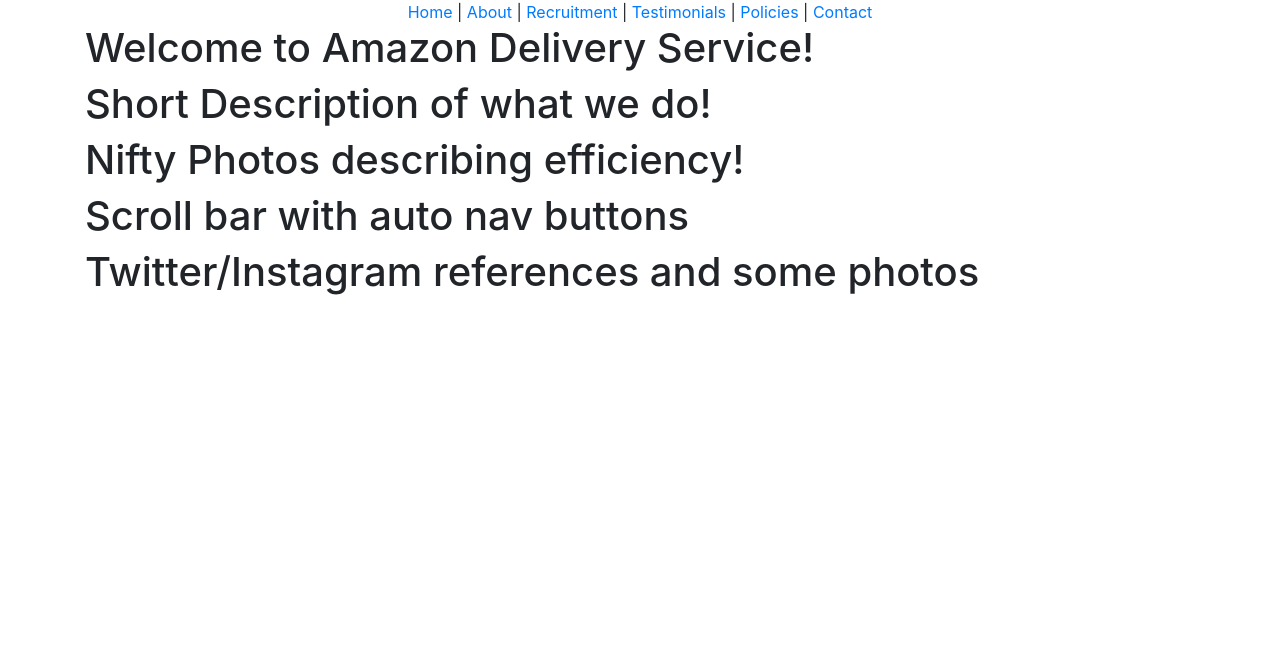
Repository: cerebrium/website
Page: /
These files come from the project's save history. The page is drawn as it stood at one moment and after the next save; the edit follows.
The browser window is 1280 px wide. The pictures show the whole page.
The project was rebuilt for these pictures with package versions that can differ from the ones it lists, and the page was loaded fresh each time. Also part of the build but not shown: src/Routes/About.jsx, src/Routes/Recruitment.jsx, src/Routes/Testimonials.jsx, src/Routes/Policies.jsx, src/Routes/Contact.jsx.

Above is the page before, as saved 2019-11-02 11:45:46.

After the next save:
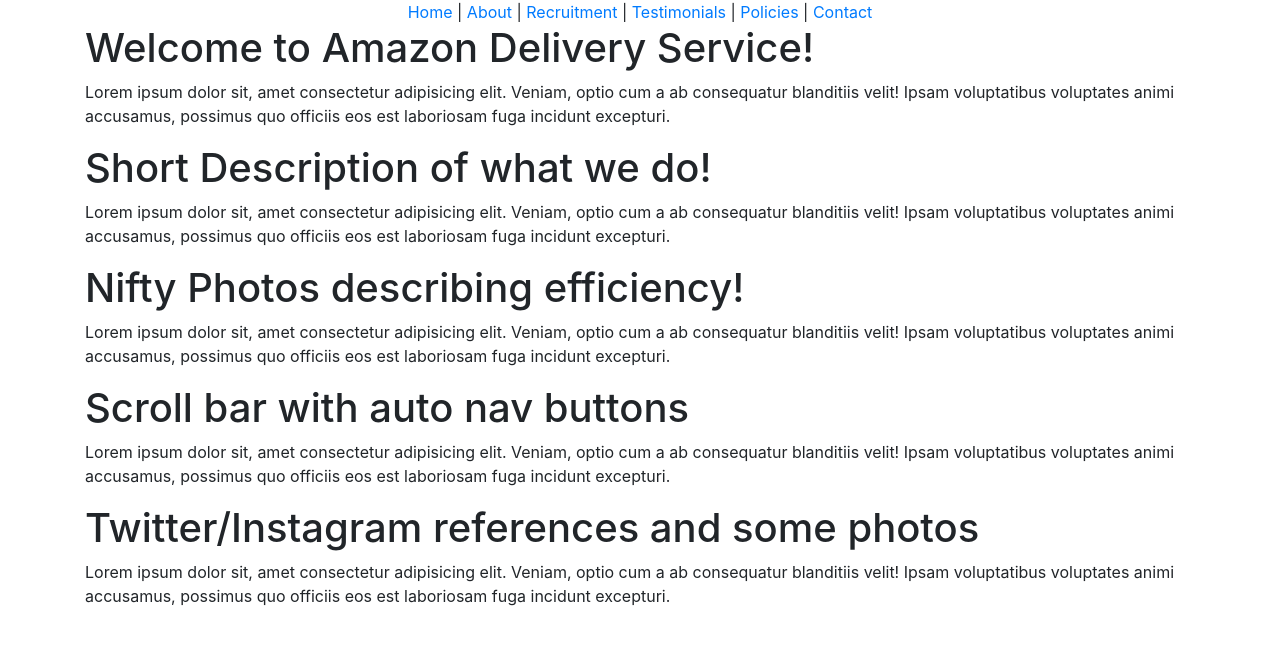
Saved 37 s later.
--- a/src/Routes/Home.jsx
+++ b/src/Routes/Home.jsx
@@ -12,26 +12,31 @@
                     <Row className='rowCentering'>
                         <Col>
                             <h1>Welcome to Amazon Delivery Service!</h1>
+                            <p>Lorem ipsum dolor sit, amet consectetur adipisicing elit. Veniam, optio cum a ab consequatur blanditiis velit! Ipsam voluptatibus voluptates animi accusamus, possimus quo officiis eos est laboriosam fuga incidunt excepturi.</p>
                         </Col>
                     </Row>
                     <Row className='rowCentering'>
                         <Col >
                             <h1>Short Description of what we do!</h1>
+                            <p>Lorem ipsum dolor sit, amet consectetur adipisicing elit. Veniam, optio cum a ab consequatur blanditiis velit! Ipsam voluptatibus voluptates animi accusamus, possimus quo officiis eos est laboriosam fuga incidunt excepturi.</p>
                         </Col>
                     </Row>
                     <Row className='rowCentering'>
                         <Col>
                             <h1>Nifty Photos describing efficiency!</h1>
+                            <p>Lorem ipsum dolor sit, amet consectetur adipisicing elit. Veniam, optio cum a ab consequatur blanditiis velit! Ipsam voluptatibus voluptates animi accusamus, possimus quo officiis eos est laboriosam fuga incidunt excepturi.</p>
                         </Col>
                     </Row>
                     <Row className='rowCentering'>
                         <Col>
                             <h1>Scroll bar with auto nav buttons</h1>
+                            <p>Lorem ipsum dolor sit, amet consectetur adipisicing elit. Veniam, optio cum a ab consequatur blanditiis velit! Ipsam voluptatibus voluptates animi accusamus, possimus quo officiis eos est laboriosam fuga incidunt excepturi.</p>
                         </Col>
                     </Row>
                     <Row className='rowCentering'>
                         <Col>
                             <h1>Twitter/Instagram references and some photos</h1>
+                            <p>Lorem ipsum dolor sit, amet consectetur adipisicing elit. Veniam, optio cum a ab consequatur blanditiis velit! Ipsam voluptatibus voluptates animi accusamus, possimus quo officiis eos est laboriosam fuga incidunt excepturi.</p>
                         </Col>
                     </Row>
                 </Container>
